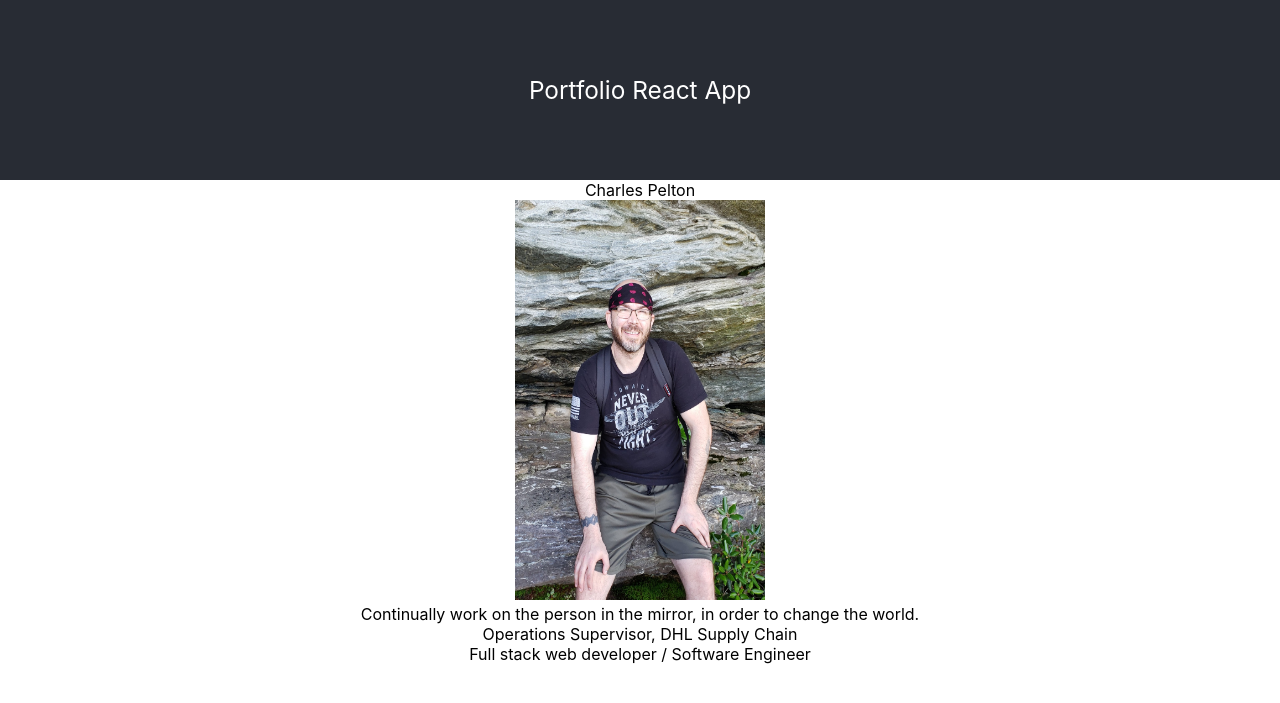
Repository: charliejp0311/PortfolioPage
Page: / (app in portfolio/)
These files come from the project's save history. The page is drawn as it stood at one moment and after the next save; the edit follows.
The browser window is 1280 px wide. The pictures show the whole page.
The project was rebuilt for these pictures with package versions that can differ from the ones it lists, and the page was loaded fresh each time.

Above is the page before, as saved 2020-12-03 19:25:06.

After the next save:
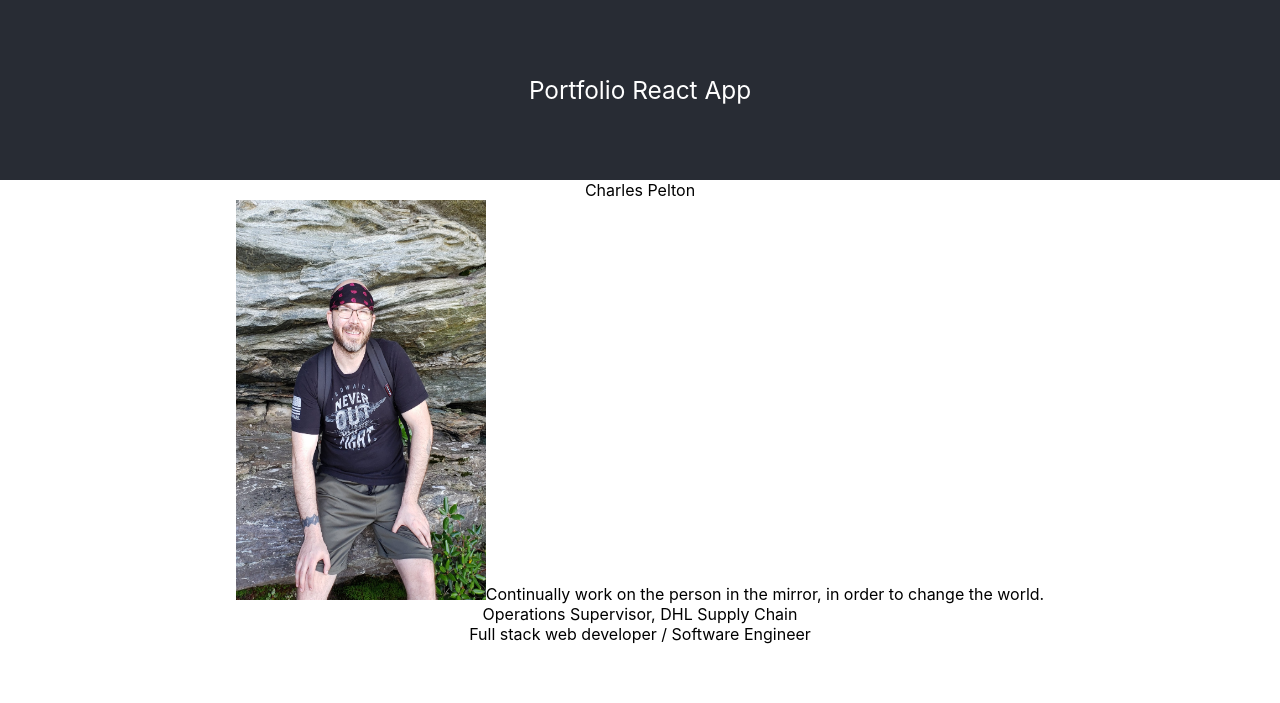
Saved 29 s later.
--- a/portfolio/src/components/me.js
+++ b/portfolio/src/components/me.js
@@ -12,7 +12,7 @@
         return(
             <div id="me">
                 {this.state.name}<br />
-                <img src={portfolioPic} alt='Me' width='250' height='400' /><br />
+                <img src={portfolioPic} alt='Me' width='250' height='400' />
                 {this.state.moto}<br />
                 {this.state.career}<br />
                 {this.state.aspiration}

After the save that followed:
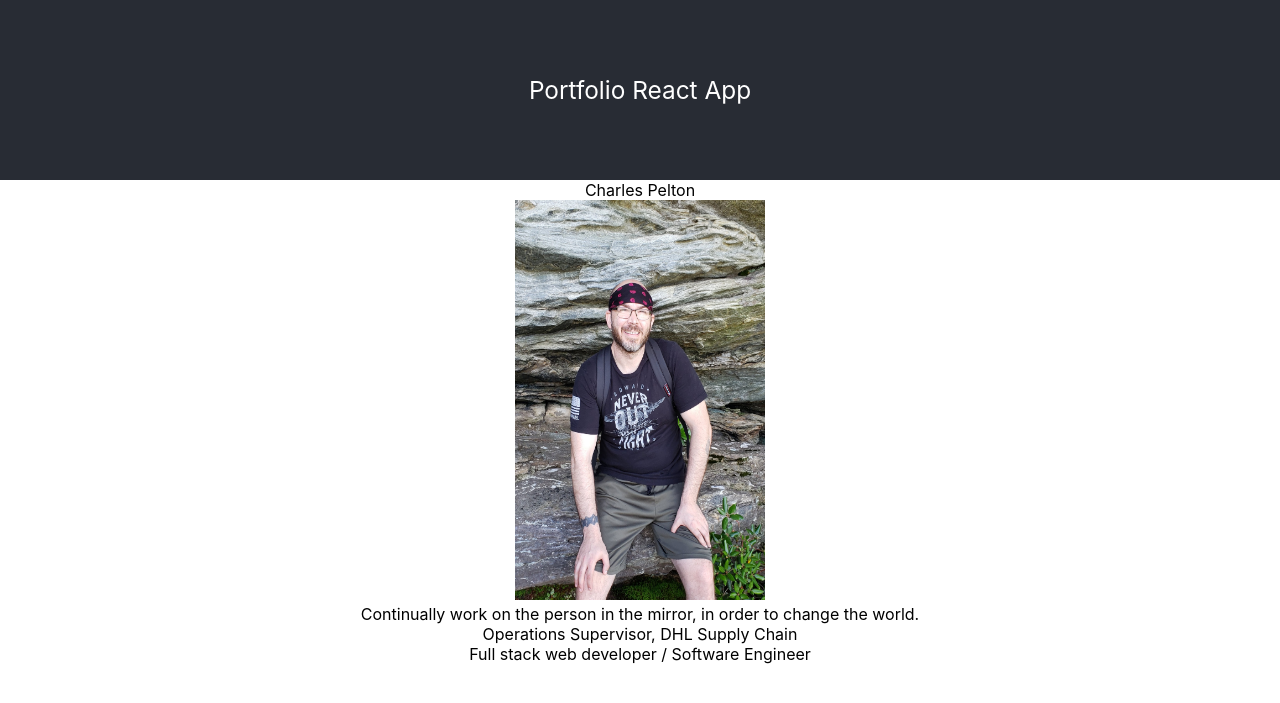
Saved 5 s later.
--- a/portfolio/src/components/me.js
+++ b/portfolio/src/components/me.js
@@ -12,7 +12,7 @@
         return(
             <div id="me">
                 {this.state.name}<br />
-                <img src={portfolioPic} alt='Me' width='250' height='400' />
+                <img src={portfolioPic} alt='Me' width='250' height='400' /><br />
                 {this.state.moto}<br />
                 {this.state.career}<br />
                 {this.state.aspiration}
